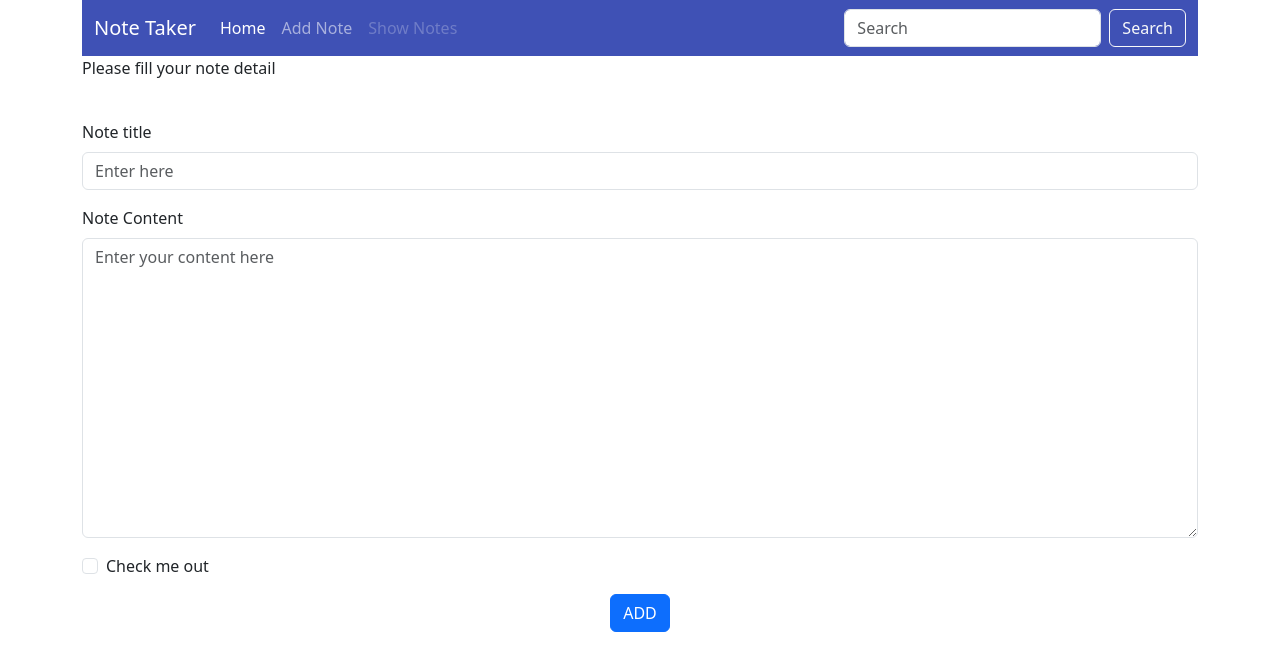
Repository: a-man-sheikh/NoteTaker
Page: http://localhost/NoteTaker/add_note.jsp
The author's editor kept a copy of each file at every save. The page is drawn from the files as they stood at one save, then again after the next save.
The browser window is 1280 px wide. The pictures show the whole page.
The page is served by Tomcat 9. Other server files are loaded and not shown.

Above is the page before, as saved 2024-03-21 16:39:25.

### NoteTaker/src/main/webapp/add_note.jsp
<%@ page language="java" contentType="text/html; charset=ISO-8859-1"
    pageEncoding="ISO-8859-1"%>
<!DOCTYPE html>
<html>
<head>
<meta charset="ISO-8859-1">
<title>Add Notes</title>
  <%@include file="all_js_cs.jsp" %>
</head>
<body>
<div class="container">
  <%@include file="navbar.jsp" %>


 <p>Please fill your note detail </p>
 <br>
<!--  this add form -->


<form action="SaveNoteServlet" method="post">
  <div class="mb-3">
    <label for="title" class="form-label">Note title</label>
    <input type="text" class="form-control" id="title" aria-describedby="emailHelp" placeholder="Enter here">

  </div>
  <div class="mb-3">
    <label for="exampleInputPassword1" class="form-label">Note Content</label>
    <textarea id="content" placeholder="Enter your content here" class="form-control" style="height:300px;" ></textarea>
  </div>
  <div class="mb-3 form-check">
    <input type="checkbox" class="form-check-input" id="exampleCheck1">
    <label class="form-check-label" for="exampleCheck1">Check me out</label>
  </div>
 <div class="container text-center"> <button type="submit" class="btn btn-primary">ADD</button></div>
</form>
</div>
</body>
</html>

### NoteTaker/src/main/webapp/all_js_cs.jsp
  <link href="https://cdn.jsdelivr.net/npm/bootstrap@5.3.3/dist/css/bootstrap.min.css" rel="stylesheet" integrity="sha384-QWTKZyjpPEjISv5WaRU9OFeRpok6YctnYmDr5pNlyT2bRjXh0JMhjY6hW+ALEwIH" crossorigin="anonymous">
    <link href="css/style.css" rel="stylesheet"/>

 <script src="https://cdn.jsdelivr.net/npm/bootstrap@5.3.3/dist/js/bootstrap.bundle.min.js" integrity="sha384-YvpcrYf0tY3lHB60NNkmXc5s9fDVZLESaAA55NDzOxhy9GkcIdslK1eN7N6jIeHz" crossorigin="anonymous"></script>

### NoteTaker/src/main/webapp/navbar.jsp
<nav class="navbar navbar-expand-lg navbar-dark purple">
  <div class="container-fluid">
    <a class="navbar-brand" href="index.jsp">Note Taker</a>
    <button class="navbar-toggler" type="button" data-bs-toggle="collapse" data-bs-target="#navbarSupportedContent" aria-controls="navbarSupportedContent" aria-expanded="false" aria-label="Toggle navigation">
      <span class="navbar-toggler-icon"></span>
    </button>
    <div class="collapse navbar-collapse" id="navbarSupportedContent">
      <ul class="navbar-nav me-auto mb-2 mb-lg-0">
        <li class="nav-item">
          <a class="nav-link active" aria-current="page" href="index.jsp">Home</a>
        </li>
        <li class="nav-item">
          <a class="nav-link" href="add_note.jsp">Add Note</a>
        </li>

          <a class="nav-link disabled" aria-disabled="true">Show Notes</a>
        </li>
      </ul>
      <form class="d-flex" role="search">
        <input class="form-control me-2" type="search" placeholder="Search" aria-label="Search">
        <button class="btn btn-outline-light" type="submit">Search</button>
      </form>
    </div>
  </div>
</nav>

### NoteTaker/src/main/webapp/css/style.css
.purple{
	background:#3f51b5;
}

After the next save:
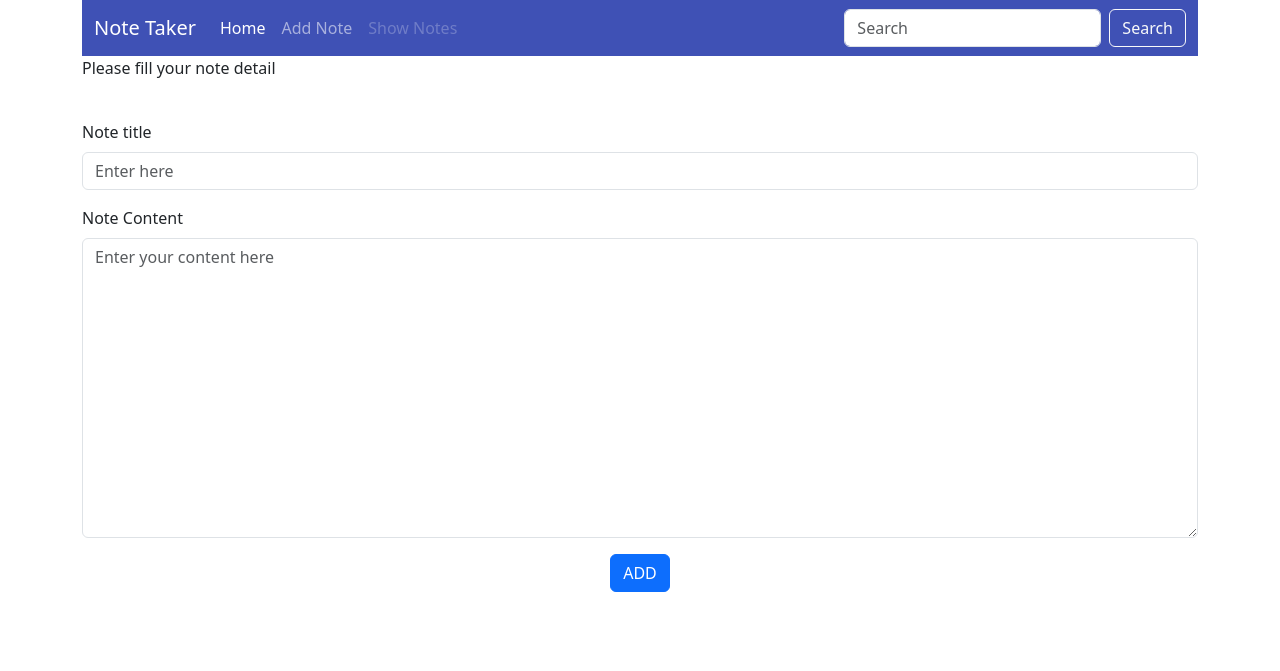
Saved 53 s later.
--- a/NoteTaker/src/main/webapp/add_note.jsp
+++ b/NoteTaker/src/main/webapp/add_note.jsp
@@ -20,17 +20,14 @@
 <form action="SaveNoteServlet" method="post">
   <div class="mb-3">
     <label for="title" class="form-label">Note title</label>
-    <input type="text" class="form-control" id="title" aria-describedby="emailHelp" placeholder="Enter here">
+    <input required type="text" class="form-control" id="title" aria-describedby="emailHelp" placeholder="Enter here">
 
   </div>
   <div class="mb-3">
     <label for="exampleInputPassword1" class="form-label">Note Content</label>
-    <textarea id="content" placeholder="Enter your content here" class="form-control" style="height:300px;" ></textarea>
+    <textarea required id="content" placeholder="Enter your content here" class="form-control" style="height:300px;" ></textarea>
   </div>
-  <div class="mb-3 form-check">
-    <input type="checkbox" class="form-check-input" id="exampleCheck1">
-    <label class="form-check-label" for="exampleCheck1">Check me out</label>
-  </div>
+
  <div class="container text-center"> <button type="submit" class="btn btn-primary">ADD</button></div>
 </form>
 </div>
